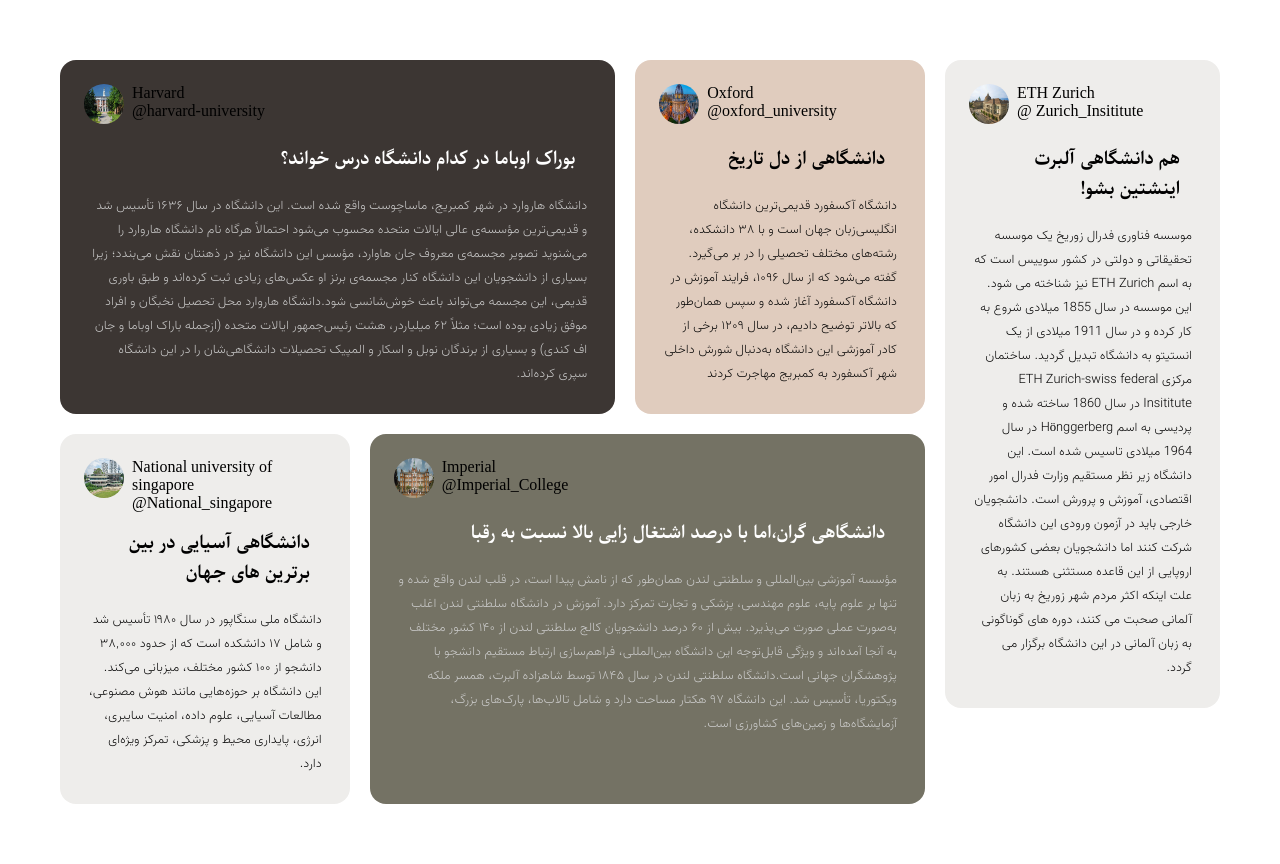
Repository: rahanwz/cards
Page: cards.html
The author's editor kept a copy of each file at every save. The page is drawn from the files as they stood at one save, then again after a run of saves.
The browser window is 1280 px wide. The pictures show the whole page.

Above is the page before, as saved 2024-02-17 16:17:10.

### cards.html
<!DOCTYPE html>
<html lang="en">
  <head>
    <meta charset="UTF-8" />
    <meta name="viewport" content="width=device-width, initial-scale=1.0" />
    <title>Document</title>
    <link rel="stylesheet" href="cards.css" />
  </head>
  <body>
    <div class="container">
      <div class="boxcard1">
        <div class="cardcontainer big-card">
          <div class="card1">
            <div class="head">
              <div class="profile">
                <div class="profilecontaner">
                  <img
                    src="harvard-university-6591e0b9df73096be8d614ee.webp"
                    alt=""
                  />
                </div>
              </div>

              <div>
                <div class="user">Harvard</div>
                <div class="id">@harvard-university</div>
              </div>
            </div>
            <div class="descrip1" style="color: #ffffff;">بوراک اوباما در کدام دانشگاه درس خواند؟</div>
            <div class="descrip2" style=" color: #d0d0d0;">
              دانشگاه هاروارد در شهر کمبریج، ماساچوست واقع شده است. این دانشگاه
              در سال ۱۶۳۶ تأسیس شد و قدیمی‌ترین مؤسسه‌ی عالی ایالات متحده محسوب
              می‌شود احتمالاً هرگاه نام دانشگاه هاروارد را می‌شنوید تصویر
              مجسمه‌ی معروف جان هاوارد، مؤسس این دانشگاه نیز در ذهنتان نقش
              می‌بندد؛ زیرا بسیاری از دانشجویان این دانشگاه کنار مجسمه‌ی برنز او
              عکس‌های زیادی ثبت کرده‌اند و طبق باوری قدیمی، این مجسمه می‌تواند
              باعث خوش‌شانسی شود.دانشگاه هاروارد محل تحصیل نخبگان و افراد موفق
              زیادی بوده است؛ مثلاً ۶۲ میلیاردر، هشت‌ رئیس‌جمهور ایالات متحده
              (ازجمله باراک اوباما و جان اف کندی) و بسیاری از برندگان نوبل و
              اسکار و المپیک تحصیلات دانشگاهی‌شان را در این دانشگاه سپری
              کرده‌اند.
            </div>
          </div>
        </div>

        <div class="cardcontainer small-card">
          <div class="card2">
            <div class="head">
              <div class="profile">
                <div class="profilecontaner">
                  <img
                    src="oxford-university-jpg-6591b422df73096be8d6145c.webp"
                    alt=""
                  />
                </div>
              </div>
              <div>
                <div class="user">Oxford</div>
                <div class="id">@oxford_university</div>
              </div>
            </div>
            <div class="descrip1">دانشگاهی از دل تاریخ</div>
            <div class="descrip2">
              دانشگاه آکسفورد قدیمی‌ترین دانشگاه انگلیسی‌زبان جهان است و با ۳۸
              دانشکده، رشته‌های مختلف تحصیلی را در بر می‌گیرد. گفته می‌شود که از
              سال ۱۰۹۶، فرایند آموزش در دانشگاه آکسفورد آغاز شده و سپس همان‌طور
              که بالاتر توضیح دادیم، در سال ۱۲۰۹ برخی از کادر آموزشی این دانشگاه
              به‌دنبال شورش داخلی شهر آکسفورد به کمبریج مهاجرت کردند
            </div>
          </div>
        </div>

        <div class="cardcontainer small-card">
          <div class="card3">
            <div class="head">
              <div class="profile">
                <div class="profilecontaner">
                  <img src="nus-6591f1acdf73096be8d61515.webp" alt="" />
                </div>
              </div>

              <div>
                <div class="user">National university of singapore</div>
                <div class="id">@National_singapore</div>
              </div>
            </div>
            <div class="descrip1">دانشگاهی آسیایی در بین برترین های جهان</div>
            <div class="descrip2">
              دانشگاه ملی سنگاپور در سال ۱۹۸۰ تأسیس شد و شامل ۱۷ دانشکده‌ است که
              از حدود ۳۸٬۰۰۰ دانشجو از ۱۰۰ کشور مختلف، میزبانی می‌کند. این
              دانشگاه بر حوزه‌هایی مانند هوش مصنوعی، مطالعات آسیایی، علوم داده،
              امنیت سایبری، انرژی، پایداری محیط و پزشکی، تمرکز ویژه‌ای دارد.
            </div>
          </div>
        </div>
        <div class="cardcontainer big-card">
          <div class="card4">
            <div class="head">
              <div class="profile">
                <div class="profilecontaner">
                  <img
                    src="imperial-college-london-6591e911df73096be8d614fb.webp"
                    alt=""
                  />
                </div>
              </div>

              <div>
                <div class="user">Imperial</div>
                <div class="id">@Imperial_College</div>
              </div>
            </div>
            <div class="descrip1" style="color: #ffffff;">
              دانشگاهی گران،اما با درصد اشتغال زایی بالا نسبت به رقبا
            </div>
            <div class="descrip2" style="color: #cfcfcf;">
              مؤسسه آموزشی بین‌المللی و سلطنتی لندن همان‌طور که از نامش پیدا
              است، در قلب لندن واقع شده و تنها بر علوم پایه، علوم مهندسی، پزشکی
              و تجارت تمرکز دارد. آموزش در دانشگاه سلطنتی لندن اغلب به‌صورت عملی
              صورت می‌پذیرد. بیش از ۶۰ درصد دانشجویان کالج سلطنتی لندن از ۱۴۰
              کشور مختلف به آنجا آمده‌اند و ویژگی قابل‌توجه این دانشگاه
              بین‌المللی، فراهم‌سازی ارتباط مستقیم دانشجو با پژوهشگران جهانی
              است.دانشگاه سلطنتی لندن در سال ۱۸۴۵ توسط شاهزاده آلبرت، همسر ملکه
              ویکتوریا، تأسیس شد. این دانشگاه ۹۷ هکتار مساحت دارد و شامل
              تالاب‌ها، پارک‌های بزرگ، آزمایشگاه‌ها و زمین‌های کشاورزی است.
            </div>
          </div>
        </div>
      </div>
      <div class="boxcard2">
        <div class="cardcontainer">
          <div class="card5">
            <div class="head">
              <div class="profile">
                <div class="profilecontaner">
                  <img src="zurich-eth-6591f083df73096be8d6150c.webp" alt="" />
                </div>
              </div>

              <div>
                <div class="user">ETH Zurich</div>
                <div class="id">@ Zurich_Insititute</div>
              </div>
            </div>
            <div class="descrip1" ">هم دانشگاهی آلبرت اینشتین بشو!</div>
            <div class="descrip2">
              موسسه فناوری فدرال زوریخ یک موسسه تحقیقاتی و دولتی در کشور سوییس
              است که به اسم ETH Zurich نیز شناخته می شود. این موسسه در سال 1855
              میلادی شروع به کار کرده و در سال 1911 میلادی از یک انستیتو به
              دانشگاه تبدیل گردید. ساختمان مرکزی ETH Zurich-swiss federal
              Insititute در سال 1860 ساخته شده و پردیسی به اسم Hönggerberg در
              سال 1964 میلادی تاسیس شده است. این دانشگاه زیر نظر مستقیم وزارت
              فدرال امور اقتصادی، آموزش و پرورش است. دانشجویان خارجی باید در
              آزمون ورودی این دانشگاه شرکت کنند اما دانشجویان بعضی کشورهای
              اروپایی از این قاعده مستثنی هستند. به علت اینکه اکثر مردم شهر
              زوریخ به زبان آلمانی صحبت می کنند، دوره های گوناگونی به زبان
              آلمانی در این دانشگاه برگزار می گردد.
            </div>
          </div>
        </div>
      </div>
    </div>
  </body>
</html>

### cards.css
* {
  padding: 0;
  margin: 0;
  box-sizing: border-box;
}

.container {
  display: flex;
  flex-direction: column;
  width: 100%;
  height: auto;
  padding: 3rem 2.5rem;
}

.head {
  display: flex;
}

.cardcontainer {
  width: 100%;
  padding: 10px;
}

.card1 {
  background-color: #3c3633;
  padding: 1.5rem;
  border-radius: 1rem;
}
.profile img {
  width: 40px;
  height: 40px;
  margin-right: 0.5rem;
  border-radius: 50%;
}

.descrip {
  padding-top: 1.5rem;
}

.card2 {
  background-color: #e0ccbe;
  padding: 1.5rem;
  border-radius: 1rem;
}
.card3 {
  background-color: #eeedeb;
  padding: 1.5rem;
  border-radius: 1rem;
}
.card4 {
  padding: 1.5rem;
  border-radius: 1rem;
  background-color: #747264;
}

.card5 {
  background-color: #eeedeb;
  padding: 1.5rem;
  border-radius: 1rem;
}

@media (min-width: 1024px) {
  .container {
    flex-direction: row;
    padding: 50px;
    height: 100%;
  }

  .boxcard1 {
    display: flex;
    width: 75%;
    height:20%;
    flex-wrap: wrap;

  }

  .boxcard2 {
    width: 25%;
      height: 65%;
  }

  .big-card {
    width: 65%;
  }
  .small-card {
    width: 35%;
  }
  .card1,.card2,.card3,.card4,.card5{
    height: 100%;
  }

}
.descrip1,
.descrip2 {
  direction: rtl;
}

.descrip1{
 font-size: 1.1rem;
 padding: 1rem;
 font-family: titr;
}

.descrip2{
  padding: .25rem;
  font-size:.80rem;
  line-height:1.5rem;
  font-family:des;
}


@font-face{
  font-family:titr;
  src: url(font/Parastoo-Bold-FD-WOL.woff);
}



@font-face{
  font-family:des;
  src: url(font/Vazir-Thin.woff2);
}

After the next 3 saves:
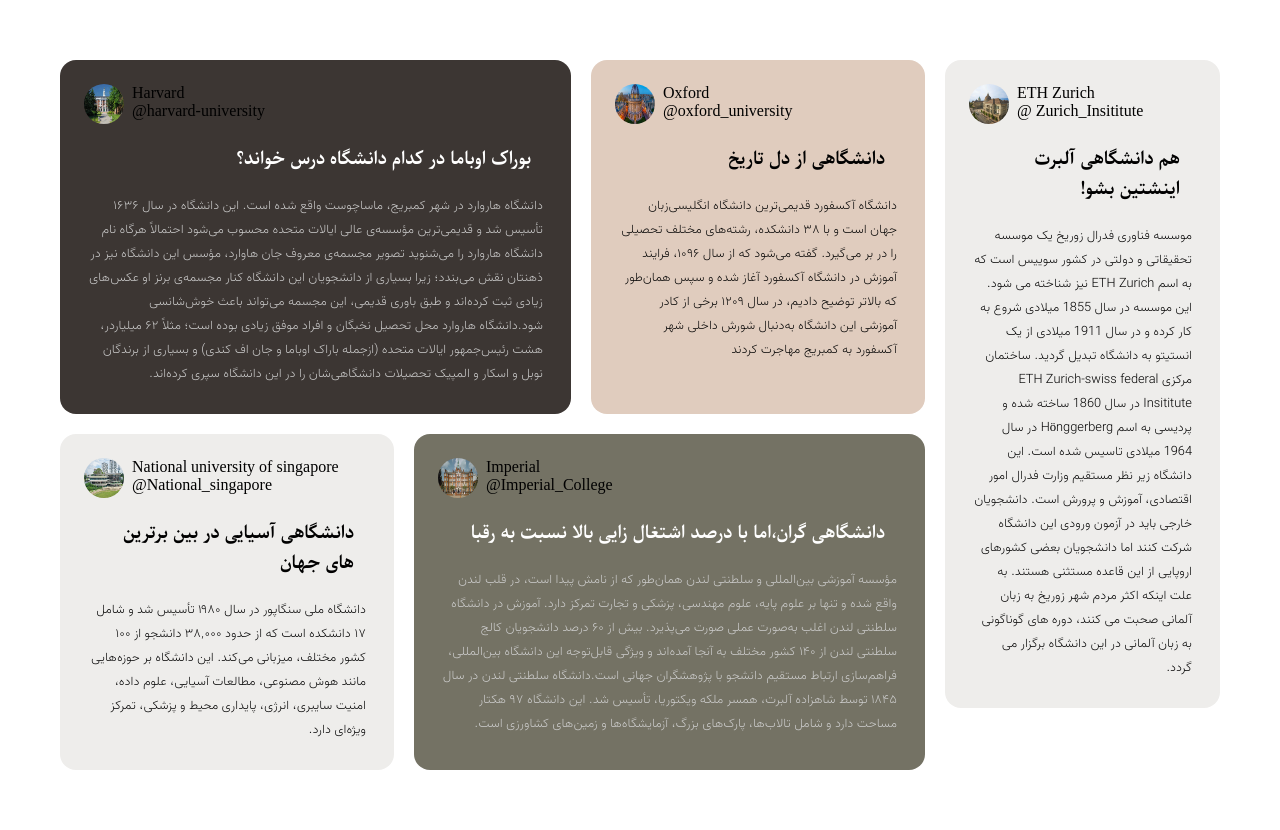
The 3 saves are shown as one change because they came seconds apart.
The last was saved 34 min 50 s later.
--- a/cards.css
+++ b/cards.css
@@ -76,20 +76,19 @@
 
   .boxcard2 {
     width: 25%;
-      height: 65%;
+     height: 65%;
   }
 
   .big-card {
-    width: 65%;
+    width:60%;
   }
   .small-card {
-    width: 35%;
+    width:40%;
   }
   .card1,.card2,.card3,.card4,.card5{
     height: 100%;
   }
 
-}
 .descrip1,
 .descrip2 {
   direction: rtl;
@@ -109,6 +108,10 @@
 }
 
 
+
+}
+
+
 @font-face{
   font-family:titr;
   src: url(font/Parastoo-Bold-FD-WOL.woff);
